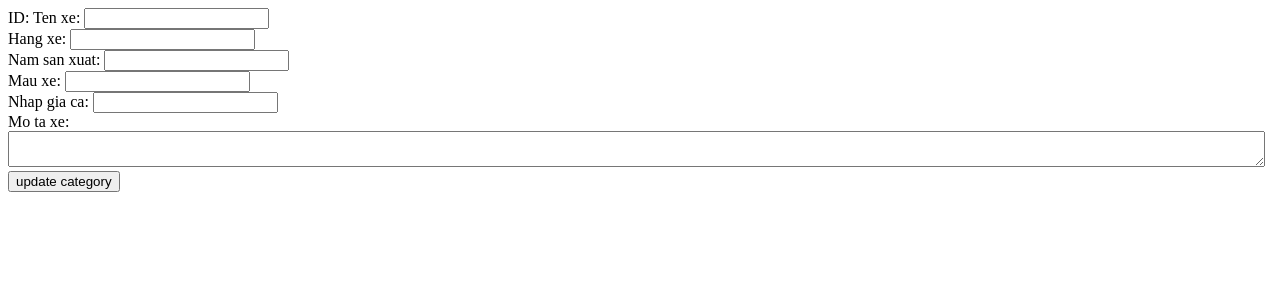
Repository: vule2809/LTW-20146307
Page: http://localhost/A-banxemay/views/product/updateProduct.jsp
The author's editor kept a copy of each file at every save. The page is drawn from the files as they stood at one save, then again after the next save.
The browser window is 1280 px wide. The pictures show the whole page.
The page is served by Tomcat 9. Nobody is signed in. The application's start-up code is not run. Other server files are loaded and not shown.

Above is the page before, as saved 2023-12-05 05:59:19.

### A-banxemay/src/main/webapp/views/product/updateProduct.jsp
<%@ page language="java" contentType="text/html; charset=UTF-8"
	pageEncoding="UTF-8"%>
<%@ taglib uri="http://java.sun.com/jsp/jstl/core" prefix="c"%>
<!DOCTYPE html>
<html>
<head>
<meta charset="UTF-8">
<title>Insert title here</title>
</head>
<body>
	<form action="update" method="post">
		<label>ID:</label>
		<label>Ten xe:</label> <input type="text" name="ProductName"><br>
		<label>Hang xe:</label> <input type="text" name="Brand"><br>
		<label>Nam san xuat:</label> <input type="text" name="Year"><br>
		<label>Mau xe:</label> <input type="text" name="Color"><br>
		<label>Nhap gia ca:</label> <input type="text" name="Price"><br>
		<label>Mo ta xe:</label> <textarea name="Description" cols="5" class="form-control" style="width:99%;"></textarea><br>
		<input type="submit" value="update category">
	</form>

</body>
</html>

After the next save:
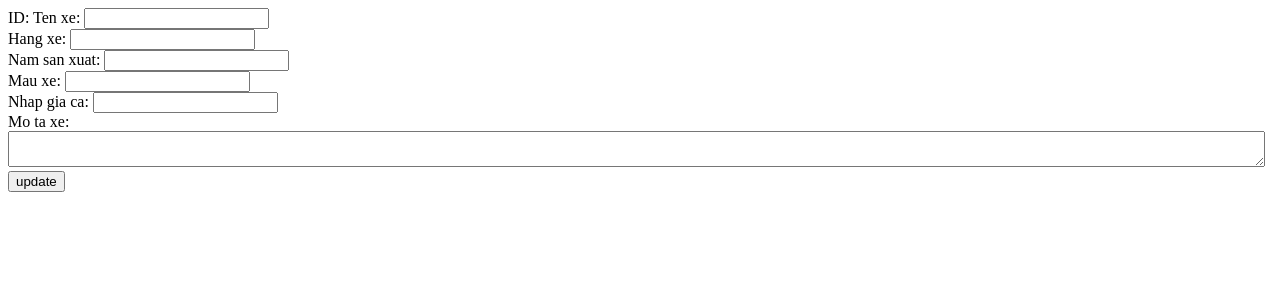
Saved 11 s later.
--- a/A-banxemay/src/main/webapp/views/product/updateProduct.jsp
+++ b/A-banxemay/src/main/webapp/views/product/updateProduct.jsp
@@ -16,7 +16,7 @@
 		<label>Mau xe:</label> <input type="text" name="Color"><br>
 		<label>Nhap gia ca:</label> <input type="text" name="Price"><br>
 		<label>Mo ta xe:</label> <textarea name="Description" cols="5" class="form-control" style="width:99%;"></textarea><br>
-		<input type="submit" value="update category">
+		<input type="submit" value="update">
 	</form>
 
 </body>
